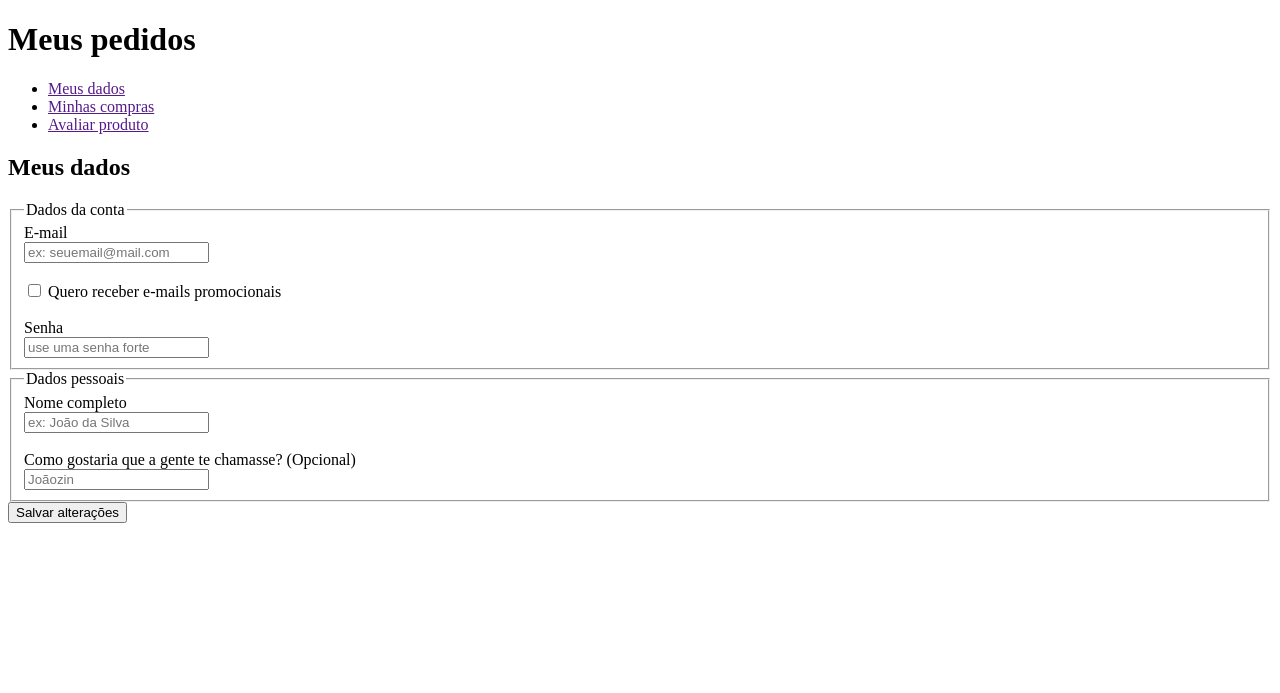
Repository: claudemir-camargo/site-compras
Page: index.html
An editor plug-in stored every save of this project. The page is shown before and after the next save, followed by the edit.
The browser window is 1280 px wide. The pictures show the whole page.

Above is the page before, as saved 2024-03-03 13:55:27.

After the next save:
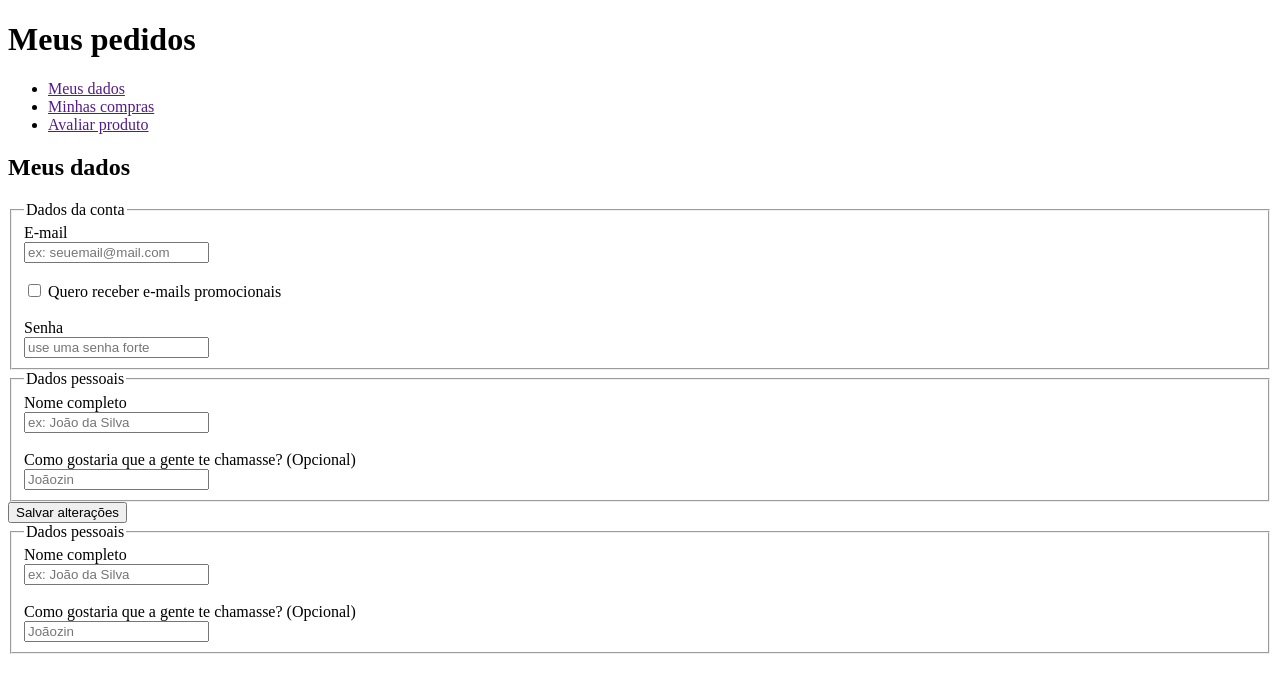
Saved 83 s later.
--- a/index.html
+++ b/index.html
@@ -36,5 +36,17 @@
         </form>
     </fieldset>
     <button type="button">Salvar alterações</button>
+    <!-- MInhas compras -->
+    <fieldset>
+        <legend>Dados pessoais</legend>
+        <form>
+            <label>Nome completo</label><br>
+            <input type="text" placeholder="ex: João da Silva"><br><br>
+            <label>Como gostaria que a gente te chamasse? (Opcional) </label><br>
+            <input type="text" placeholder="Joãozin">
+        </form>
+    </fieldset>
+
+
 </body>
 </html>
